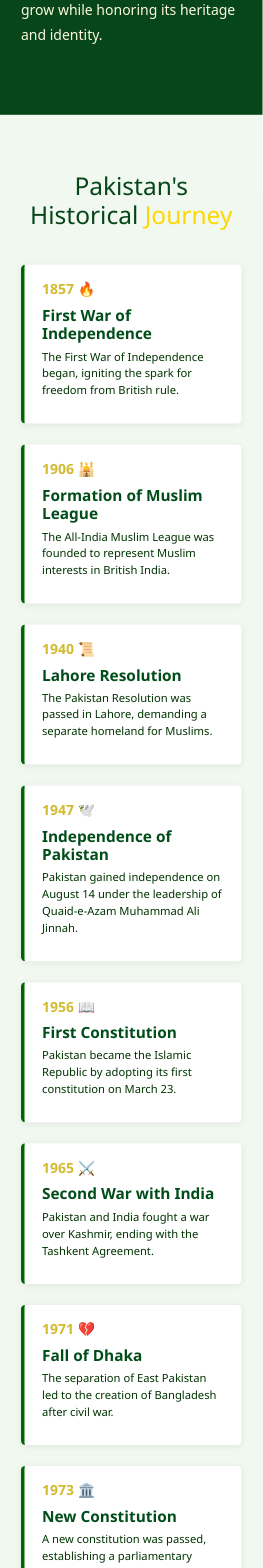
Repository: memonmuhammadali98/Pakistan-Independence-Day
Page: index.html
An editor plug-in stored every save of this project. The page is shown before and after a run of saves, followed by the edit.
The browser window is 375 px wide. The pictures show the part of the page from y = 1903 to 4143 px (the page is 7666 px tall before and 7654 px after), at 70% of full size.

Above is the page before, as saved 2025-08-08 17:11:40.
Console error: TypeError: Cannot set properties of null (setting 'innerHTML')

### index.html
<!DOCTYPE html>
<html lang="en">

<head>
  <meta charset="UTF-8">
  <meta name="viewport" content="width=device-width, initial-scale=1.0">
  <title>Independence Day</title>
  <!-- External CSS -->
  <link rel="stylesheet" href="./style.css">
  <!-- Bootstrap CDN -->
  <link href="https://cdn.jsdelivr.net/npm/bootstrap@5.3.7/dist/css/bootstrap.min.css" rel="stylesheet"
    integrity="sha384-LN+7fdVzj6u52u30Kp6M/trliBMCMKTyK833zpbD+pXdCLuTusPj697FH4R/5mcr" crossorigin="anonymous">
  <script src="https://cdn.jsdelivr.net/npm/bootstrap@5.3.7/dist/js/bootstrap.bundle.min.js"
    integrity="sha384-ndDqU0Gzau9qJ1lfW4pNLlhNTkCfHzAVBReH9diLvGRem5+R9g2FzA8ZGN954O5Q"
    crossorigin="anonymous"></script>
</head>

<body>
  <!-- Navbar Starts -->
  <nav class="navbar navbar-expand-lg navbar">
    <div class="container-fluid">
      <a class="navbar-brand" href="#">
        <img src="./Assets/logo-removebg-preview (1).png" alt="Logo" width="70px" height="50px">
      </a>
      <button class="navbar-toggler" type="button" data-bs-toggle="collapse" data-bs-target="#navbarSupportedContent"
        aria-controls="navbarSupportedContent" aria-expanded="false" aria-label="Toggle navigation">
        <span class="navbar-toggler-icon"></span>
      </button>
      <div class="collapse navbar-collapse" id="navbarSupportedContent">
        <ul class="navbar-nav me-auto ms-auto gap-5 mb-2 mb-lg-0 f-s-5">
          <li class="nav-item">
            <a class="nav-link active" aria-current="page" href="#">Home</a>
          </li>
          <li class="nav-item">
            <a class="nav-link active" href="#">About</a>
          </li>
          <li class="nav-item">
            <a class="nav-link active" aria-disabled="true">History</a>
          </li>
          <li class="nav-item">
            <a class="nav-link active" aria-disabled="true">Gallery</a>
          </li>
          <li class="nav-item">
            <a class="nav-link active" aria-disabled="true">Stories</a>
          </li>
        </ul>
        <form class="d-flex" role="search">
          <button class="btn" type="submit">Search</button>
        </form>
      </div>
    </div>
  </nav>
  <!-- Navbar Ends -->

  <!-- Hero Section Starts -->
  <!-- <section class="hero-section">
    <h1>Countdown to 14th August</h1>
    <div id="countdown"></div>
    <div id="message"></div>

    <div id="fireworks" class="firework-container" style="display: none;">
    <div class="firework"></div>
    <div class="firework"></div>
    <div class="firework"></div>
  </div>

  <div id="baaja-left" class="baaja">
    <img src="./Assets/Baja.png" alt="Baaja" width="300px">
  </div>
  <div id="baaja-right" class="baaja">
    <img src="./Assets/Baja-right.png" alt="Baja" width="300px">
  </div>

  </section> -->
  <!-- Hero Section Ends -->


  <!-- About Section Starts -->
  <!-- <section class="about-section">
    <div class="container">
    <h2>About Independence Day</h2>
    <p>
      Every year on <strong>14th August</strong>, Pakistan celebrates its Independence Day with great pride and honor.
      It marks the day when Pakistan became a sovereign nation in <strong> 1947</strong>. The day is a symbol of freedom, sacrifices, and the efforts of our leaders and ancestors who made this country possible.
    </p>
    <p>
      We celebrate with parades, flags, lights, and unity reminding ourselves of the values of peace, hard work, and patriotism.
    </p>
  </div>
   </section> -->


  <!-- HERO SECTION STARTS -->
  <section class="hero-section">
    <div class="hero-text">
      <h1>Celebrating Freedom Honoring <span style="color: gold;">Sacrifice</span></h1>
      <p>On this 14th August, let's remember the heroes who gave us independence and strive for a better Pakistan.</p>
      <button>Explore Our Journey</button>
    </div>
    <div class="hero-img">
      <img src="./Assets/hero-img.png" alt="Hero img" class="hero-img-1">
      <!-- <img src="./Assets/hero-img-2.png" alt="Hero img 2" class="Hero-img-2">
      <img src="./Assets/Hero-img-3.png" alt="Hero img 3" class="Hero-img-3"> -->
    </div>
  </section>
  <!-- HERO SECTION ENDS -->

  <!-- ABOUT SECTION STARTS -->
  <section class="about-section">
    <h2>About <span style="color: gold;">Pakistan</span></h2>
    <div class="about-container">
      <div class="about-img">
        <div class="flag-wrapper">
          <div class="flag">
            <div class="white-part"></div>
            <div class="green-part">
              <div class="crescent"></div>
              <div class="star"></div>
            </div>
          </div>
        </div>
      </div>
      <div class="about-text">
        <p>
          Pakistan is a country rich in history, culture, and natural beauty. From the majestic mountains of the north
          to the vast deserts in the south, it is a land of diversity and tradition. The people of Pakistan are known
          for their hospitality, resilience, and deep-rooted values. With a vision for progress and unity, Pakistan
          continues to grow while honoring its heritage and identity.
        </p>
      </div>
    </div>
  </section>
  <!-- ABOUT SECTION ENDS -->

  <!-- HISTORY SECTION STARTS -->
  <section class="history-section">
    <h2>Pakistan's Historical <span style="color: gold;">Journey</span></h2>
    <div class="timeline">

      <div class="timeline-item">
        <span class="year">1857 🔥</span>
        <h3>First War of Independence</h3>
        <p>The First War of Independence began, igniting the spark for freedom from British rule.</p>
      </div>

      <div class="timeline-item">
        <span class="year">1906 🕌</span>
        <h3>Formation of Muslim League</h3>
        <p>The All-India Muslim League was founded to represent Muslim interests in British India.</p>
      </div>

      <div class="timeline-item">
        <span class="year">1940 📜</span>
        <h3>Lahore Resolution</h3>
        <p>The Pakistan Resolution was passed in Lahore, demanding a separate homeland for Muslims.</p>
      </div>

      <div class="timeline-item">
        <span class="year">1947 🕊️</span>
        <h3>Independence of Pakistan</h3>
        <p>Pakistan gained independence on August 14 under the leadership of Quaid-e-Azam Muhammad Ali Jinnah.</p>
      </div>

      <div class="timeline-item">
        <span class="year">1956 📖</span>
        <h3>First Constitution</h3>
        <p>Pakistan became the Islamic Republic by adopting its first constitution on March 23.</p>
      </div>

      <div class="timeline-item">
        <span class="year">1965 ⚔️</span>
        <h3>Second War with India</h3>
        <p>Pakistan and India fought a war over Kashmir, ending with the Tashkent Agreement.</p>
      </div>

      <div class="timeline-item">
        <span class="year">1971 💔</span>
        <h3>Fall of Dhaka</h3>
        <p>The separation of East Pakistan led to the creation of Bangladesh after civil war.</p>
      </div>

      <div class="timeline-item">
        <span class="year">1973 🏛️</span>
        <h3>New Constitution</h3>
        <p>A new constitution was passed, establishing a parliamentary system in Pakistan.</p>
      </div>

      <div class="timeline-item">
        <span class="year">1998 💣</span>
        <h3>Nuclear Tests</h3>
        <p>Pakistan conducted successful nuclear tests in Chaghi, becoming the 7th nuclear power in the world.</p>
      </div>

    </div>
  </section>
  <!-- HISTORY SECTION ENDS -->

  <!-- NATIONAL HERO SECTION STARTS -->
   <section class="national-hero-section">
  <h2>🌟 National Heroes of <span style="color: gold;">Pakistan</span></h2>
  <div class="national-hero-cards">

    <div class="national-hero-card">
      <img src="assets/Quaid-img.jpeg" alt="Quaid-e-Azam">
      <h3>Quaid-e-Azam</h3>
      <p class="title">Founder of Pakistan</p>
      <p>Leader of the Pakistan Movement and the first Governor-General of Pakistan.</p>
    </div>

    <div class="national-hero-card">
      <img src="assets/Allama-Iqbal-img.webp" alt="Allama Iqbal">
      <h3>Allama Iqbal</h3>
      <p class="title">Poet of the East</p>
      <p>Visionary who dreamed of Pakistan and inspired the youth with his poetry.</p>
    </div>

    <div class="national-hero-card">
      <img src="assets/fatima-jinnah.jpg" alt="Fatima Jinnah">
      <h3>Fatima Jinnah</h3>
      <p class="title">Mother of the Nation</p>
      <p>Quaid-e-Azam's sister and a strong advocate for women's rights in Pakistan.</p>
    </div>

    <div class="national-hero-card">
      <img src="assets/Liaquat-Ali-Khan-img.jpg" alt="Allama Iqbal">
      <h3>Liaquat Ali Khan</h3>
      <p class="title">First Prime Minister</p>
      <p>He was the first Prime Minister of Pakistan and played a major role in early governance.</p>
    </div>

    <div class="national-hero-card">
      <img src="assets/Sir-Syed-Ahmed-Khan-img.webp" alt="Allama Iqbal">
      <h3>Sir Syed Ahmed Khan</h3>
      <p class="title">Muslim Reformer & Educator</p>
      <p>Founder of Aligarh Movement, he laid the foundation for modern Muslim education in the subcontinent.</p>
    </div>

    <div class="national-hero-card">
      <img src="assets/Abdul-Qadeer-Khan-img.webp" alt="Dr. Abdul Qadeer Khan">
      <h3>Dr. Abdul Qadeer Khan</h3>
      <p class="title">Father of Nuclear Program</p>
      <p>Key figure behind Pakistan's nuclear tests in 1998, ensuring national defense.</p>
    </div>

  </div>
</section>





  <script>
    // Set the target date (14 August of current year OR test with few seconds from now)
    var now = new Date();
    var year = now.getFullYear();

    // For demo/testing: trigger after 5 seconds
    var targetDate = new Date(new Date().getTime() + 5000);

    // Countdown and elements
    var countdown = document.getElementById("countdown");
    var message = document.getElementById("message");
    var leftBaaja = document.getElementById("baaja-left");
    var rightBaaja = document.getElementById("baaja-right");

    var timer = setInterval(function () {
      var currentTime = new Date().getTime();
      var timeLeft = targetDate.getTime() - currentTime;

      if (timeLeft <= 0) {
        clearInterval(timer);
        countdown.innerHTML = "";
        message.innerHTML = "Happy Independence Day Pakistan!";
        message.classList.add("message-animate");

        // Show fireworks and baajas
        document.getElementById("fireworks").style.display = "block";
        leftBaaja.style.display = "block";
        rightBaaja.style.display = "block";

        // Slide in animation
        leftBaaja.classList.add("slideInLeft");
        rightBaaja.classList.add("slideInRight");

        // After sliding, add continuous bounce
        leftBaaja.addEventListener("animationend", function () {
          leftBaaja.classList.add("bounce");
        });

        rightBaaja.addEventListener("animationend", function () {
          rightBaaja.classList.add("bounce");
        });

      } else {
        var days = Math.floor(timeLeft / (1000 * 60 * 60 * 24));
        var hours = Math.floor((timeLeft % (1000 * 60 * 60 * 24)) / (1000 * 60 * 60));
        var minutes = Math.floor((timeLeft % (1000 * 60 * 60)) / (1000 * 60));
        var seconds = Math.floor((timeLeft % (1000 * 60)) / 1000);

        countdown.innerHTML =
          days + "d " + hours + "h " + minutes + "m " + seconds + "s ";
      }
    }, 1000);
  </script>

</body>

</html>

### style.css
* {
    margin: 0;
    padding: 0;
    box-sizing: border-box;
    scroll-behavior: smooth;
}

.navbar {
    background-color: #074619;
}

.nav-link {
    color: white !important;
    font-size: 20px !important;
    position: relative !important;
}

.nav-link:hover {
    color: gold !important;
}

.nav-link::after {
  content: "";
  position: absolute;
  bottom: 0;
  left: 0;
  height: 2px;
  width: 0;
  background-color: gold;
  transition: width 0.4s ease-in-out;
}

.nav-link:hover::after {
  width: 100%;
}

.navbar-toggler,
.navbar-nav {
    color: white !important;
}

.navbar-toggler-icon {
    background-image: url("data:[embedded picture, 177 characters]") !important;
}

.btn:hover{
  color: white !important;
  border: 1px solid green !important;
}

.btn{
  background-color: gold !important;
  border: none !important;
  padding: 10px 20px !important;
  color: green !important;
}

/* Navbar Ends */
.hero-section h1 {
      font-size: 48px;
      margin-bottom: 30px;
      color: #006600;
    }
    #countdown {
      font-size: 36px;
      margin-bottom: 20px;
      color: white;
    }
    #message {
      font-size: 40px;
      /* color: #FFD700; */
      color: #ffffff;
      font-weight: bold;
    }

    @keyframes fadeInZoom {
  0% {
    opacity: 0;
    transform: scale(0.5);
  }
  100% {
    opacity: 1;
    transform: scale(1);
  }
}

.message-animate {
  animation: fadeInZoom 1s ease-out forwards;
}


.firework-container {
  position: fixed;
  top: 0;
  left: 0;
  width: 100%;
  height: 100%;
  pointer-events: none;
  overflow: hidden;
  z-index: 999;
}

.firework {
  position: absolute;
  width: 5px;
  height: 5px;
  background: white;
  border-radius: 50%;
  animation: explode 1s ease-out infinite;
}

.firework:nth-child(1) {
  top: 50%;
  left: 30%;
  /* background-color: yellow; */
  background-color: rgb(112, 222, 112);
  animation-delay: 0s;
}
.firework:nth-child(2) {
  top: 40%;
  left: 50%;
  /* background-color: red; */
  background-color: white;
  animation-delay: 0.2s;
}
.firework:nth-child(3) {
  top: 60%;
  left: 70%;
  background-color: lightgreen;
  animation-delay: 0.4s;
}

@keyframes explode {
  0% {
    transform: scale(1);
    opacity: 1;
  }
  100% {
    transform: scale(20);
    opacity: 0;
  }
}

.baaja {
  position: fixed;
  top: 40%;
  display: none;
  z-index: 1000;
}

#baaja-left {
  left: 0px;
  transform: translateX(-200%);
}

#baaja-right {
  right: 0px;
  transform: translateX(200%);
}

.slideInLeft {
  animation: slideInLeft 1s forwards;
}

.slideInRight {
  animation: slideInRight 1s forwards;
}

@keyframes slideInLeft {
  from {
    transform: translateX(-200%);
  }
  to {
    transform: translateX(0);
  }
}

@keyframes slideInRight {
  from {
    transform: translateX(200%);
  }
  to {
    transform: translateX(0);
  }
}

/* Add continuous bounce */
.bounce {
  animation: bounce 1s infinite;
}

@keyframes bounce {
  0%, 100% {
    transform: translateY(0px);
  }
  50% {
    transform: translateY(-20px);
  }
}

@media only screen and (max-width: 1274px){
    .baaja img{
        width: 250px;
    }
}

@media only screen and (max-width: 1180px){
    .baaja img{
        width: 180px;
    }
}

@media only screen and (max-width: 1180px){
    .baaja img{
        display: none;
    }
}

/* About Section Starts */

/* .about-section {
  background-color: #f9f9f9;
  padding: 60px 20px;
  color: #004d00;
  font-family: Arial, sans-serif;
}

.about-section .container {
  max-width: 900px;
  margin: 0 auto;
  text-align: center;
}

.about-section h2 {
  font-size: 36px;
  color: #006600;
  margin-bottom: 20px;
}

.about-section p {
  font-size: 18px;
  line-height: 1.8;
  margin-bottom: 15px;
}
 */

/*  Hero Section Starts  */

.hero-section {
     background: linear-gradient(to left, #d0f0d0, #ffffff);
    padding: 100px 30px;
    color: #000;
    height: 500px;
    max-width: 100vw;
    display: flex;
    justify-content: space-between;
    align-items: center;
}

.hero-text{
  width: 50%;
}

.hero-text h1 {
  color: #003300;
  font-size: 50px;
  font-weight: bold;
}

.hero-text p {
  color: #333333;
  font-size: 20px;
  margin-top: 15px;
  line-height: 1.6;
}

.hero-text button {
   background-color: #006600;
  border: 2px solid #003300;
  color: #ffffff;
  padding: 12px 25px;
  font-size: 16px;
  margin-top: 20px;
  cursor: pointer;
  border-radius: 6px;
  font-weight: bold;
  transition: all 0.3s ease;
}

.hero-text button:hover {
  background-color: #c6f6c6;
  color: #003300;
  border-color: #006600;
}

.hero-img {
  width: 50%;
  display: flex;
  justify-content: center;
  align-items: center;
  gap: 15px;
  flex-wrap: wrap;
  padding-left: 20px;
}

.hero-img img {
  width: 250px;
  height: auto;
  object-fit: contain;
  border-radius: 50%;
  box-shadow: 0 4px 10px rgba(0, 0, 0, 0.1);
  transition: transform 0.3s ease;
  border: 2px #006600 solid;
}

.hero-img img:hover {
  transform: scale(1.05);
}

@media only screen and (max-width: 1000px){
  .hero-section{
    height: auto;
  }
  .hero-text{
  width: 100%;
}
}

@media only screen and (max-width: 825px){
  .hero-section{
    flex-direction: column;
    gap: 40px;
  }
}

@media only screen and (max-width: 560px){
  .hero-text h1{
    font-size: 40px;
  }
}

/*  Hero Section Ends */

/*  About Section Starts  */

.about-section {
  padding: 80px 30px;
  background-color: #074619;
  color: #000;
  height: auto;
}

.about-section h2 {
  text-align: center;
  font-size: 50px;
  margin-bottom: 60px;
  color: white;
}

.about-container {
  display: flex;
  align-items: center;
  justify-content: space-between;
  flex-wrap: wrap;
}

.about-img {
  width: 45%;
  display: flex;
  justify-content: center;
  align-items: center;
}

.about-text {
  width: 50%;
  font-size: 20px;
  line-height: 1.8;
  color: #fff8e1;
}

.flag {
  width: 250px;
  height: 150px;
  display: flex;
  box-shadow: 0 4px 8px rgba(0,0,0,0.2);
  border: 2px solid #006600;
}

.flag-wrapper {
  background-color: #f9fff9;
  padding: 20px;
  border-radius: 12px;
  box-shadow: 0 4px 12px rgba(255, 255, 255, 0.1);
  transition: transform 0.3s ease-in-out;
}

.flag-wrapper:hover{
  transform: scale(1.1);
}

.white-part {
  background-color: white;
  width: 25%;
}

.green-part {
  background-color: #006600;
  width: 75%;
  position: relative;
}

.crescent {
  position: absolute;
  top: 30%;
  left: 35%;
  width: 60px;
  height: 60px;
  background: white;
  border-radius: 50%;
  overflow: hidden;
}

.crescent::after {
  content: "";
  position: absolute;
  top: 0;
  left: 10px;
  width: 55px;
  height: 55px;
  background: #006600;
  border-radius: 50%;
}

.star {
  position: absolute;
  top: 33%;
  left: 55%;
  width: 0;
  height: 0;
  color: white;
  font-size: 24px;
  font-family: Arial;
}
.star::before {
  content: "★";
  font-size: 24px;
  color: white;
}

@media only screen and (max-width: 860px){
  .about-container {
    flex-direction: column;
    gap: 30px;
  }
  .about-img{
    width: 100%;
  }
  .about-text{
    width: 100%;
  }
}

/*  About Section Ends  */

/*  History Section Starts  */

.history-section {
  background-color: #f0f8f0;
  padding: 80px 30px;
  height: auto;
  color: #003300;
  font-family: 'Segoe UI', sans-serif;
}

.history-section h2 {
  text-align: center;
  font-size: 50px;
  margin-bottom: 50px;
  color: #074619;
}

.timeline {
  max-width: 800px;
  margin: auto;
  display: flex;
  flex-direction: column;
  gap: 30px;
}

.timeline-item h3 {
  font-size: 22px;
  margin: 8px 0;
  color: #004d1a;
  font-weight: 600;
}
.timeline-item {
  background: #ffffff;
  padding: 20px 25px;
  border-left: 5px solid #006600;
  border-radius: 6px;
  box-shadow: 0 2px 10px rgba(0,0,0,0.08);
  transition: transform 0.3s ease;
}

.timeline-item:hover {
  transform: scale(1.02);
  box-shadow: 0 4px 12px rgba(0,0,0,0.15);
}

.year {
  font-weight: bold;
  font-size: 20px;
  /* color: #074619; */
  color: rgb(210, 186, 49);
  margin-bottom: 5px;
  display: block;
}

.national-hero-section {
  background: #074619;
  padding: 60px 20px;
  text-align: center;
  height: auto;
}

.national-hero-section h2 {
  font-size: 50px;
  color: white;
  margin-bottom: 70px;
  text-align: center;
}

.national-hero-cards {
  display: flex;
  justify-content: center;
  flex-wrap: wrap;
  gap: 30px;
}

.national-hero-card {
  background: white;
  border-radius: 12px;
  padding: 20px;
  max-width: 300px;
  box-shadow: 0 4px 12px rgba(0, 102, 0, 0.2);
  transition: transform 0.3s ease-in-out;
}

.national-hero-card:hover {
  transform: scale(1.05);
}

.national-hero-card  img {
  width: 100%;
  height: 220px;
  object-fit: cover;
  border-radius: 8px;
  margin-bottom: 10px;
}

.national-hero-card  h3 {
  color: #006600;
  margin: 10px 0 5px;
}

.national-hero-card  .title {
  /* color: #444; */
  color: gold;
  font-style: italic;
  font-weight: bold;
  margin-bottom: 10px;
  font-size: 14px;
}

@media only screen and (max-width: 490px){
  .history-section h2{
    font-size: 35px;
    width: 100%;
  }
}

After the next 2 saves:
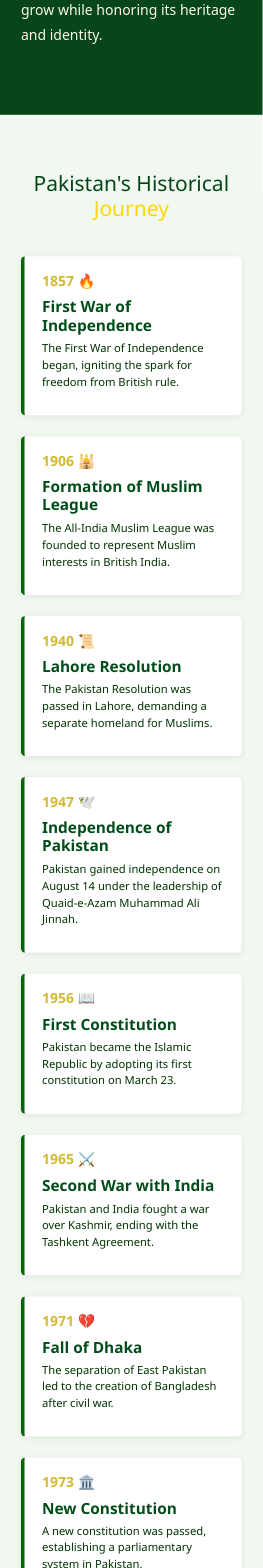
The 2 saves are shown as one change because they came seconds apart.
The last was saved 15 s later.
--- a/style.css
+++ b/style.css
@@ -574,7 +574,6 @@
 
 @media only screen and (max-width: 490px){
   .history-section h2{
-    font-size: 35px;
-    width: 100%;
-  }
-}
+    font-size: 30px;
+  }
+}
